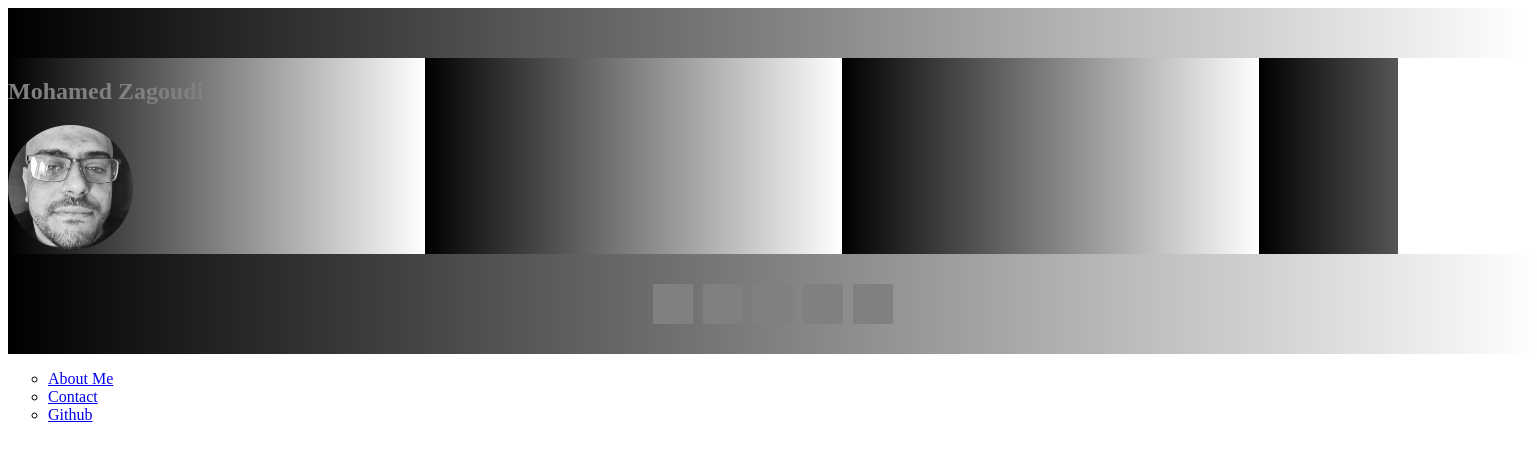
Repository: Mohzagou/Eersteportofolio
Page: index.html
The author's editor kept a copy of each file at every save. The page is drawn from the files as they stood at one save, then again after the next save.
The browser window is 1280 px wide. The page is 1537 px wide, so the pictures cover 1537 px, including what lies to the right of the window. The pictures show the whole page.

Above is the page before, as saved 2022-06-07 22:47:16.

After the next save:
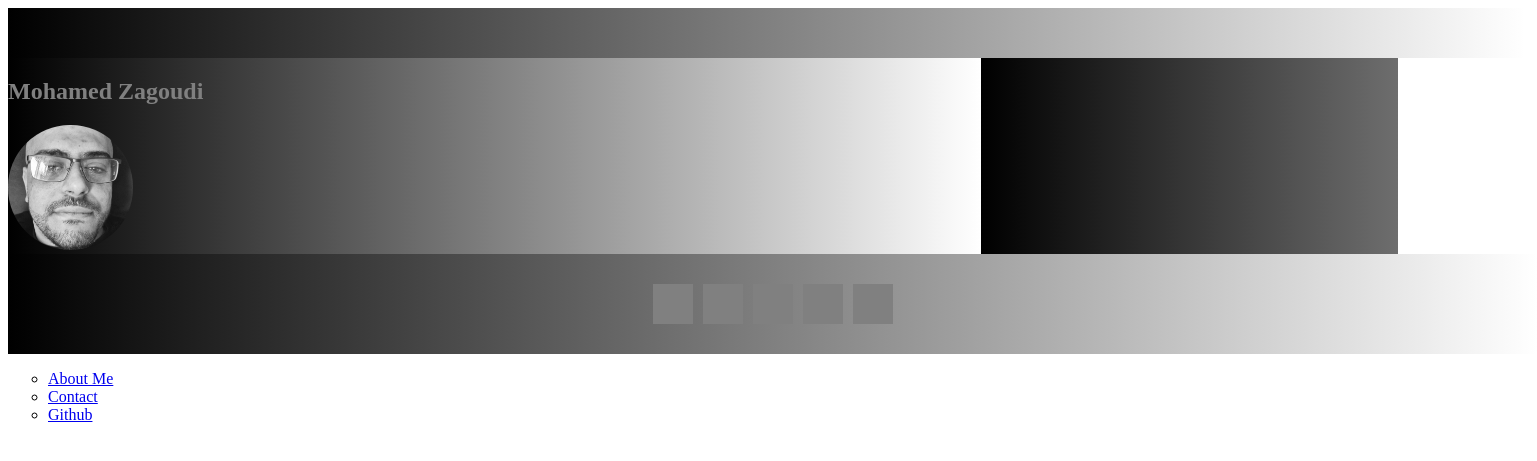
Saved 9 s later.
--- a/styles.css
+++ b/styles.css
@@ -23,7 +23,7 @@ section {
 .about-me {
     width: 110%;
     height: 200px;
-    background-image: repeating-linear-gradient(to right, black, grey, white 30%);
+    background-image: repeating-linear-gradient(to right, black, grey, white 70%);
     /*background-color: rgb(177, 69, 21, 0.8);*/
     /*margin: 10px 0 10px 0;
     border: solid black 10px;
